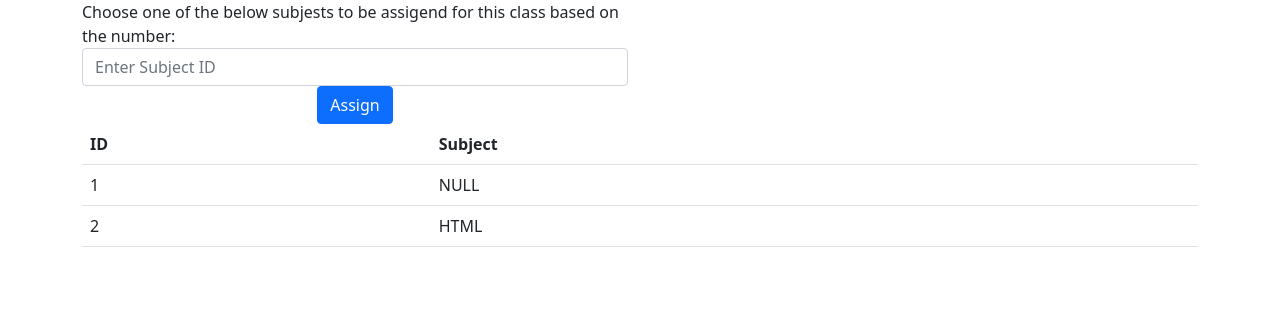
Repository: hossam141/Java_FSD_Vodafone_Project_1_Phase-2
Page: http://localhost/Admin_for_Learners__Academy/assignSub.jsp
The author's editor kept a copy of each file at every save. The page is drawn from the files as they stood at one save, then again after the next save.
The browser window is 1280 px wide. The pictures show the whole page.
The page is served by Tomcat 9. Other server files are loaded and not shown.

Above is the page before, as saved 2023-02-28 20:20:52.

### Admin_for_Learners_ Academy/src/main/webapp/assignSub.jsp
<%@ page language="java" contentType="text/html; charset=UTF-8"
    pageEncoding="UTF-8"%>
<!DOCTYPE html>
<html>
<head>
<meta charset="UTF-8">
<title>Insert title here</title>
<link
	href="https://cdn.jsdelivr.net/npm/bootstrap@5.0.2/dist/css/bootstrap.min.css"
	rel="stylesheet"
	integrity="sha384-EVSTQN3/azprG1Anm3QDgpJLIm9Nao0Yz1ztcQTwFspd3yD65VohhpuuCOmLASjC"
	crossorigin="anonymous">
<script
	src="https://cdn.jsdelivr.net/npm/bootstrap@5.0.2/dist/js/bootstrap.bundle.min.js"
	integrity="sha384-MrcW6ZMFYlzcLA8Nl+NtUVF0sA7MsXsP1UyJoMp4YLEuNSfAP+JcXn/tWtIaxVXM"
	crossorigin="anonymous"></script>
</head>
<body>

<div class="container">
		<form action="assignSub" method="post">

			<div class="row">
				<div class="col-lg-6 col-lg-offset-3">
					<div class="form-group">
						<label for="name">Choose one of the below subjests to be assigend for this class based on the number:</label>
						<input type="text"
							class="form-control" id="subjectID" placeholder="Enter Subject ID"
							name="sid">
					</div>
					<div align="center">
						<input type="submit" class="btn btn-primary" value="Assign"/>
					</div>
				</div>
			</div>
		</form>
	</div>

	<div class="container">
		<table class="table">
			<tr>
				<th>ID</th>
				<th>Subject</th>
			</tr>
			<tr>
				<td>1</td>
				<td>NULL</td>
			<tr>
				<td>2</td>
				<td>HTML</td>


</body>
</html>

After the next save:
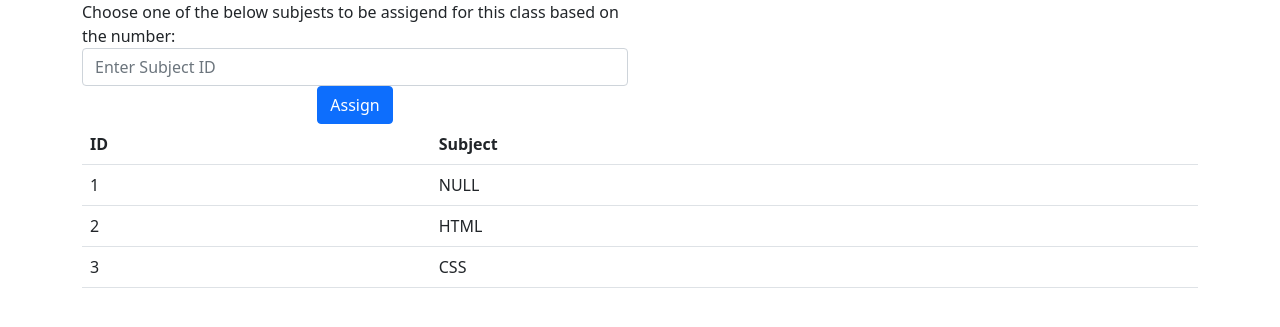
Saved 11 min 3 s later.
--- a/Admin_for_Learners_ Academy/src/main/webapp/assignSub.jsp
+++ b/Admin_for_Learners_ Academy/src/main/webapp/assignSub.jsp
@@ -19,7 +19,6 @@
 
 <div class="container">
 		<form action="assignSub" method="post">
-
 			<div class="row">
 				<div class="col-lg-6 col-lg-offset-3">
 					<div class="form-group">
@@ -45,10 +44,14 @@
 			<tr>
 				<td>1</td>
 				<td>NULL</td>
+			</tr>
 			<tr>
 				<td>2</td>
 				<td>HTML</td>
-
+			<tr>
+				<td>3</td>
+				<td>CSS</td>
+			</tr>
 
 </body>
 </html>
